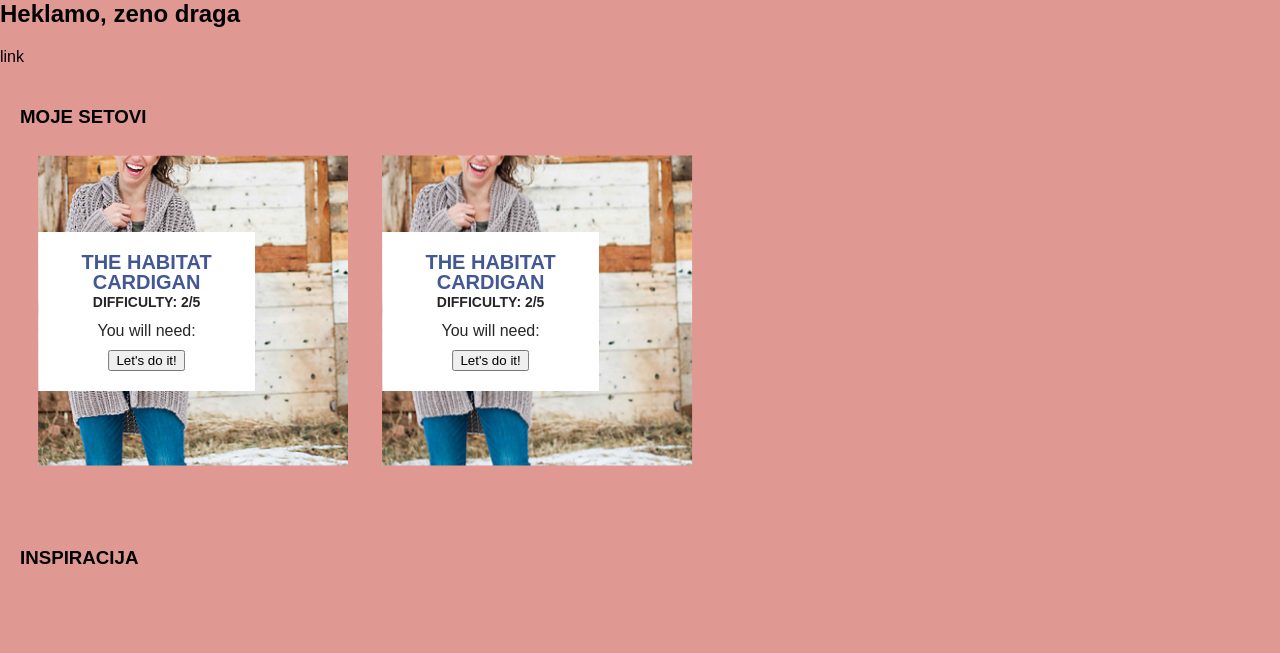
Repository: sdnc/Heklamo
Page: index.html
These files come from the project's save history. The page is drawn as it stood at one moment and after the next save; the edit follows.
The browser window is 1280 px wide. The pictures show the whole page.

Above is the page before, as saved 2020-12-24 14:47:09.
Console error: ReferenceError: $ is not defined

After the next save:
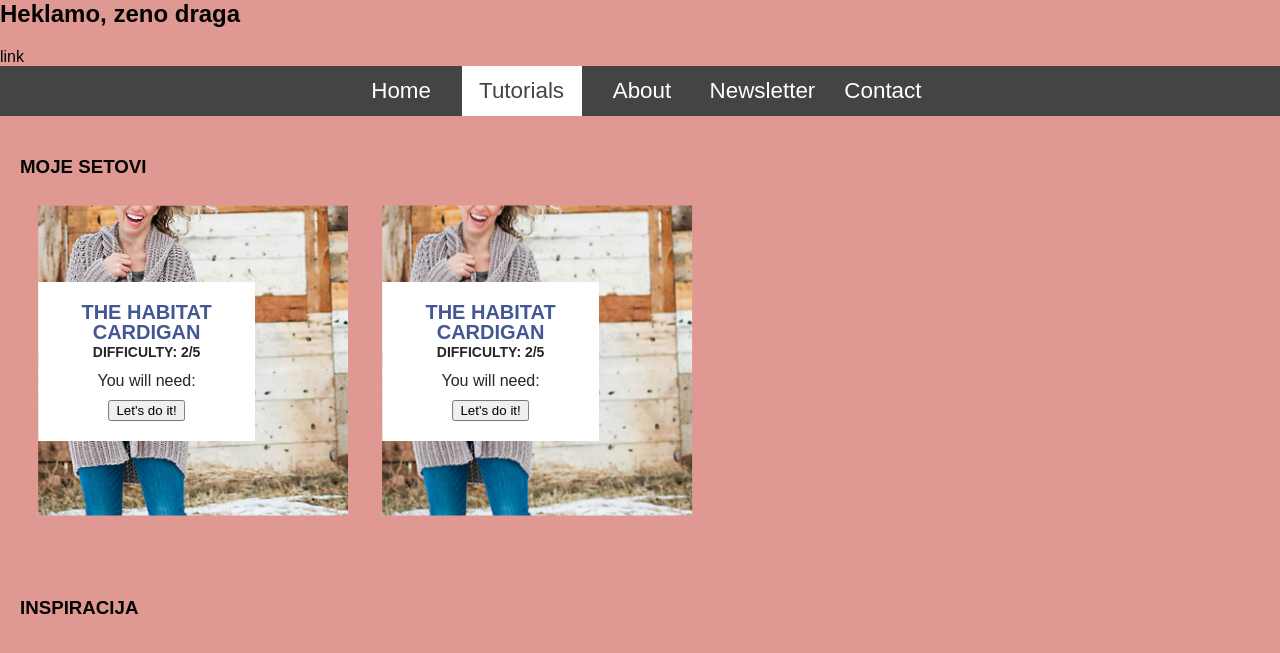
Saved 30 s later.
--- a/index.html
+++ b/index.html
@@ -16,6 +16,15 @@
   <section id="header">
     <h1>Heklamo, zeno draga</h1>
     <nav>link</nav>
+  </section>
+  <section class="nav">
+    <ul>
+      <li class="home"><a href="#">Home</a></li>
+      <li class="tutorials"><a class="active" href="#">Tutorials</a></li>
+      <li class="about"><a href="#">About</a></li>
+      <li class="news"><a href="#">Newsletter</a></li>
+      <li class="contact"><a href="#">Contact</a></li>
+    </ul>
   </section>
     <section id="sets" class="divider">
       <h3>MOJE SETOVI</h3>
